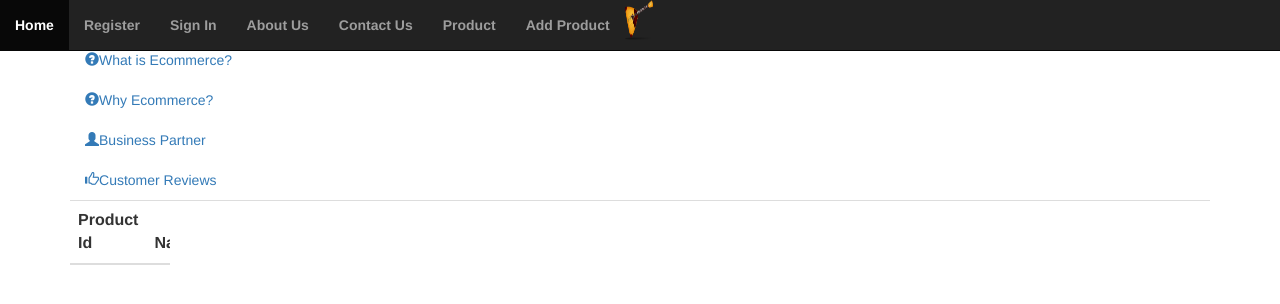
Repository: aradhana15/myFinalRepository
Page: http://localhost/music/WEB-INF/views/product.jsp
The author's editor kept a copy of each file at every save. The page is drawn from the files as they stood at one save, then again after the next save.
The browser window is 1280 px wide. The pictures show the whole page.
The page is served by Tomcat 9. Nobody is signed in. The template is opened directly, without the code that normally fills it, so the values that code supplies are empty.

Above is the page before, as saved 2016-04-23 19:24:59.
Console error (its wording comes from the project's code and is left out).

After the next save:
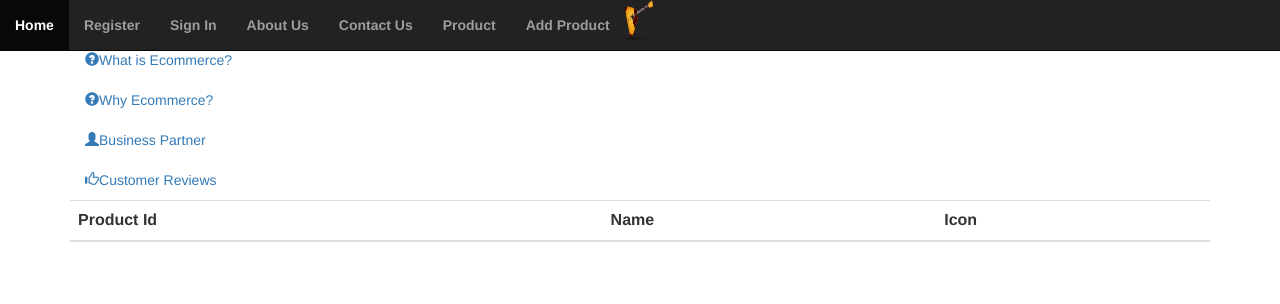
Saved 10 s later.
--- a/wwf/music/src/main/webapp/WEB-INF/views/product.jsp
+++ b/wwf/music/src/main/webapp/WEB-INF/views/product.jsp
@@ -7,7 +7,7 @@
 <div class="container">
   <!-- <h2>Product Details</h2>
   <p>Here are the new products available in this site...</p>      -->
-  <div class="table-responsive" style="width: 100px">
+  <div class="table-responsive" style="width: 100%">
   <table class="table table-hover" width="30px">
     <thead>
       <tr>
